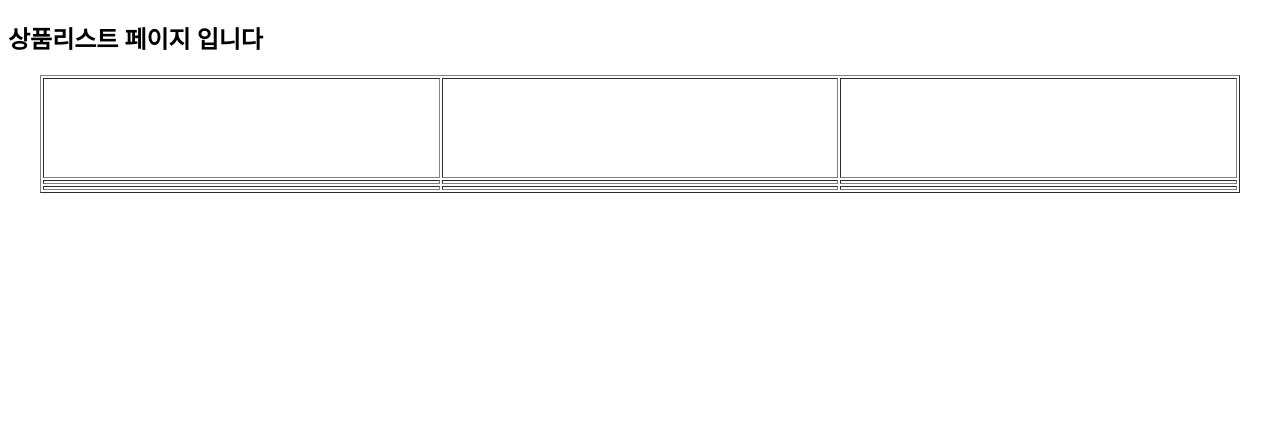
Repository: simjinbo/shoppingmall-lookbom
Page: http://localhost/lookBomProject/views/product/productListView.jsp
An editor plug-in stored every save of this project. The page is shown before and after the next save, followed by the edit.
The browser window is 1280 px wide. The pictures show the whole page.
The page is served by Tomcat 9. Nobody is signed in. The application's start-up code is not run.

Above is the page before, as saved 2019-03-12 03:44:40.

After the next save:
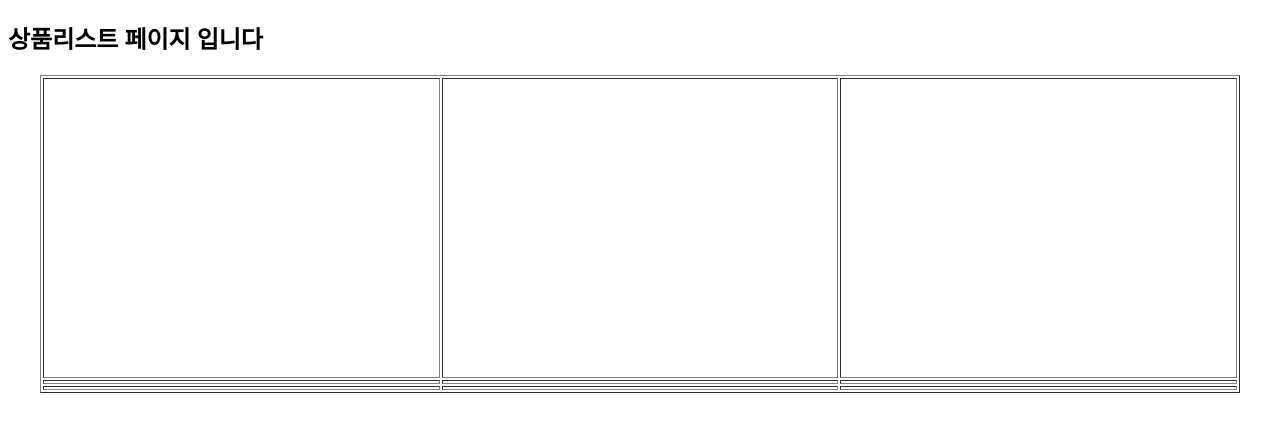
Saved 18 s later.
--- a/lookBomProject/web/views/product/productListView.jsp
+++ b/lookBomProject/web/views/product/productListView.jsp
@@ -9,7 +9,7 @@
 <body>
 <h2>상품리스트 페이지 입니다</h2>
 <table align ="center" width="1200" border="1px solid #bcbcbc">
-<tr height="100"><th></th><th></th><th></th></tr>
+<tr height="300"><th></th><th></th><th></th></tr>
 <tr><th></th><th></th><th></th></tr>
 <tr><th></th><th></th><th></th></tr>
 </table>
